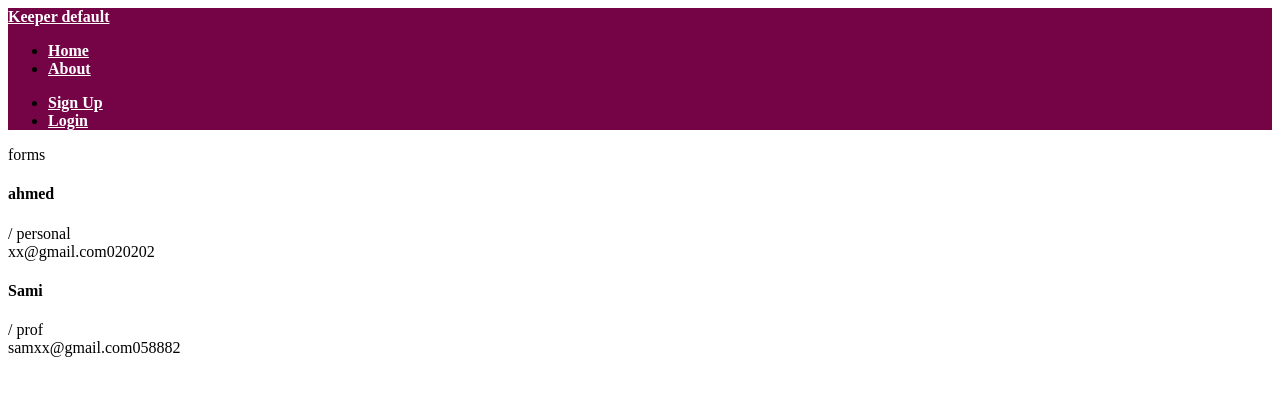
Repository: 3bdulrahman/contact-keeper
Page: / (app in client/)
The author's editor kept a copy of each file at every save. The page is drawn from the files as they stood at one save, then again after the next save.
The browser window is 1280 px wide. The pictures show the whole page.
The project was rebuilt for these pictures with package versions that can differ from the ones it lists, and the page was loaded fresh each time. A package was used in the major version that the imports need, not the one package.json lists. Also part of the build but not shown: client/src/components/pages/About.js.

Above is the page before, as saved 2020-04-04 21:02:18.

### client/src/App.js
import React,{Fragment} from 'react';
import { BrowserRouter as Router , Route , Switch } from 'react-router-dom'
import Navbar from './components/layout/Navbar'
import Home from './components/pages/Home'
import About from './components/pages/About'
import ContactState  from './context/contact/ContactState'
import './App.css'
const  App = ()=> {
   return (
    <ContactState>
    <Router>
    <Fragment>
         <Navbar   />
         <div className='container'>
             <Switch>
               <Route exact path='/' component={Home} />
               <Route exact path='/about' component={About} />
             </Switch>
         </div>
    </Fragment>
    </Router>
    </ContactState>
  );
}

export default App;

### client/src/components/layout/Navbar.js
import React from 'react'
import {Link} from 'react-router-dom'
import PropTypes from 'prop-types'

 const Navbar = ({title}) => {
    return (
        <nav class="navbar navbar-default">
        <div class="navbar-header">

      <a class="navbar-brand" href="#">{title}</a>
    </div>
        <div class="container" id="myNavbar">

          <ul class="nav navbar-nav">
            <li class="active"><Link to="/">Home</Link></li>
            <li><Link to="/about">About</Link></li>

          </ul>
          <ul class="nav navbar-nav navbar-right">
      <li><a href="#"><span class="glyphicon glyphicon-user"></span> Sign Up</a></li>
      <li><a href="#"><span class="glyphicon glyphicon-log-in"></span> Login</a></li>
    </ul>
        </div>
      </nav>
    )
}

Navbar.propTypes= {
     title:PropTypes.string.isRequired
}
Navbar.defaultProps = {
     title:'Keeper default '
}

export default Navbar

### client/src/components/pages/Home.js
import React from 'react'
import Contacts from '../contacts/contacts'
 const Home = () => {
    return (
        <div className="row">
            <div className="col-md-6 col-lg-6">forms</div>
             <div className="col-md-6 col-lg-6"><Contacts /></div>
        </div>
    )
}

export default Home

### client/src/context/contact/ContactState.js
import React,{useReducer} from 'react'
import uuid from 'uuid'
import contactContext from './ContactContext'
import { UPDATE_CONTACT,CLEAR_CURRENT,DELETE_CONTACT,SET_CURRENT,ADD_CONTACT,SET_ALERT,REMOVE_ALERT,
    FILTER_CONTACTS,CLEAR_FILTER} from '../type'
import contactReducer from '../contact/ContactReducer'
const ContactState = props=>{
       const contactInit = {
             contacts:[
                   {id:1,name:"ahmed",email:"xx@gmail.com",phone:"020202",type:"personal"},
                   {id:2,name:"Sami",email:"samxx@gmail.com",phone:"058882",type:"prof"}
             ]
       };
       const [state,dispatch] = useReducer(contactReducer,contactInit)
       //add contact
       return(
            <contactContext.Provider value={{
                contacts:state.contacts
            }}>
                {props.children}
            </contactContext.Provider>
       )
}

export default ContactState

### client/src/App.css
.navbar-default{
     background-color:rgb(116, 4, 69);
     border:0px;
     border-radius: 0px;
}
.navbar-default .navbar-nav>.active>a, .navbar-default .navbar-nav>.active>a:focus, .navbar-default .navbar-nav>.active>a:hover{
    background-color:rgb(116, 4, 69);
}

.navbar-nav>.active>a{
     color:#fff;
     font-weight: bold;
     background-color:rgb(116, 4, 69);
}

.navbar-default .navbar-nav>li>a{
    color:#fff;
     font-weight: bold;
}

.navbar-default .navbar-brand{
    background-color:rgb(116, 4, 69);;
    color:#fff;
    font-weight: bold;
}

.navbar-default .navbar-nav>.active>a{
    background-color:rgb(116, 4, 69);;
    color:#fff;
    font-weight: bold;
}

### client/src/components/contacts/contacts.js
import React,{useContext,Fragment} from 'react'
import ContactContext from '../../context/contact/ContactContext'
import ContactsItem from './contactsItem'
 const Contacts = () => {
    const contextContact = useContext(ContactContext)
    const {contacts} = contextContact
    return (
        <Fragment>
            {contacts.map(contact=> <ContactsItem key={contact.id} contact={contact} /> )}
        </Fragment>
    )
}
export default Contacts

### client/src/context/contact/ContactContext.js
import {createContext} from 'react'
const contactContext = createContext()
export default contactContext

### client/src/context/type.js
export const ADD_CONTACT="ADD_CONTACT"
export const DELETE_CONTACT="DELETE_CONTACT"
export const UPDATE_CONTACT="UPDATE_CONTACT"
export const FILTER_CONTACTS="FILTER_CONTACTS"
export const CLEAR_FILTER="CLEAR_FILTER"
export const SET_CURRENT="SET_CURRENT"
export const CLEAR_CURRENT="CLEAR_CURRENT"
export const SET_ALERT="SET_ALERT"
export const REMOVE_ALERT="REMOVE_ALERT"

### client/src/context/contact/ContactReducer.js
import { UPDATE_CONTACT,CLEAR_CURRENT,DELETE_CONTACT,SET_CURRENT,ADD_CONTACT,SET_ALERT,REMOVE_ALERT,
    FILTER_CONTACTS,CLEAR_FILTER} from '../type'

export default (state,action)=>{
      switch(action.type){
           default:
               return state
      }
}

### client/src/components/contacts/contactsItem.js
import React from 'react'

 const ContactsItem = ({contact}) => {
    const {id,name,email,phone,type} = contact
    return (
        <div className="card">

              <div className="card-body">
              <div className="card-title">
              <h4>{name}</h4> / <span className={'badge ' + (type==='personal'?'badge-primary':'badge-danger')}>{type}</span>
              </div>

              <div className="card-text">
              {email&& <span className="label label-success">{email}</span>}
              {phone&& <span className="label label-warning">{phone}</span>}
              </div>

              </div>
        </div>
    )
}
export default ContactsItem

Loaded but not shown: client/src/index.js (common file)

After the next save:
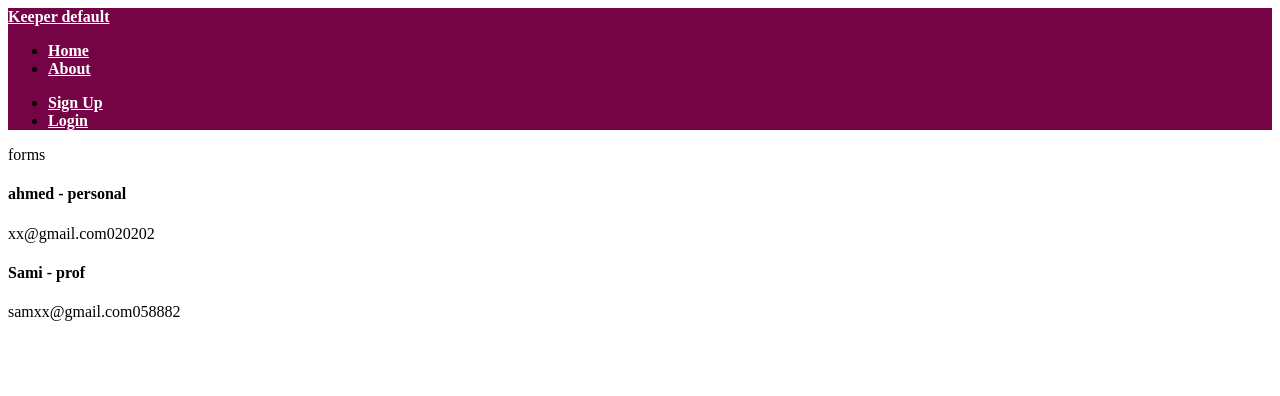
Saved 25 s later.
--- a/client/src/components/contacts/contactsItem.js
+++ b/client/src/components/contacts/contactsItem.js
@@ -7,7 +7,7 @@ import React from 'react'
 
               <div className="card-body">
               <div className="card-title">
-              <h4>{name}</h4> / <span className={'badge ' + (type==='personal'?'badge-primary':'badge-danger')}>{type}</span>
+              <h4>{name} - <span className={'badge ' + (type==='personal'?'badge-primary':'badge-danger')}>{type}</span></h4>
               </div>
 
               <div className="card-text">
